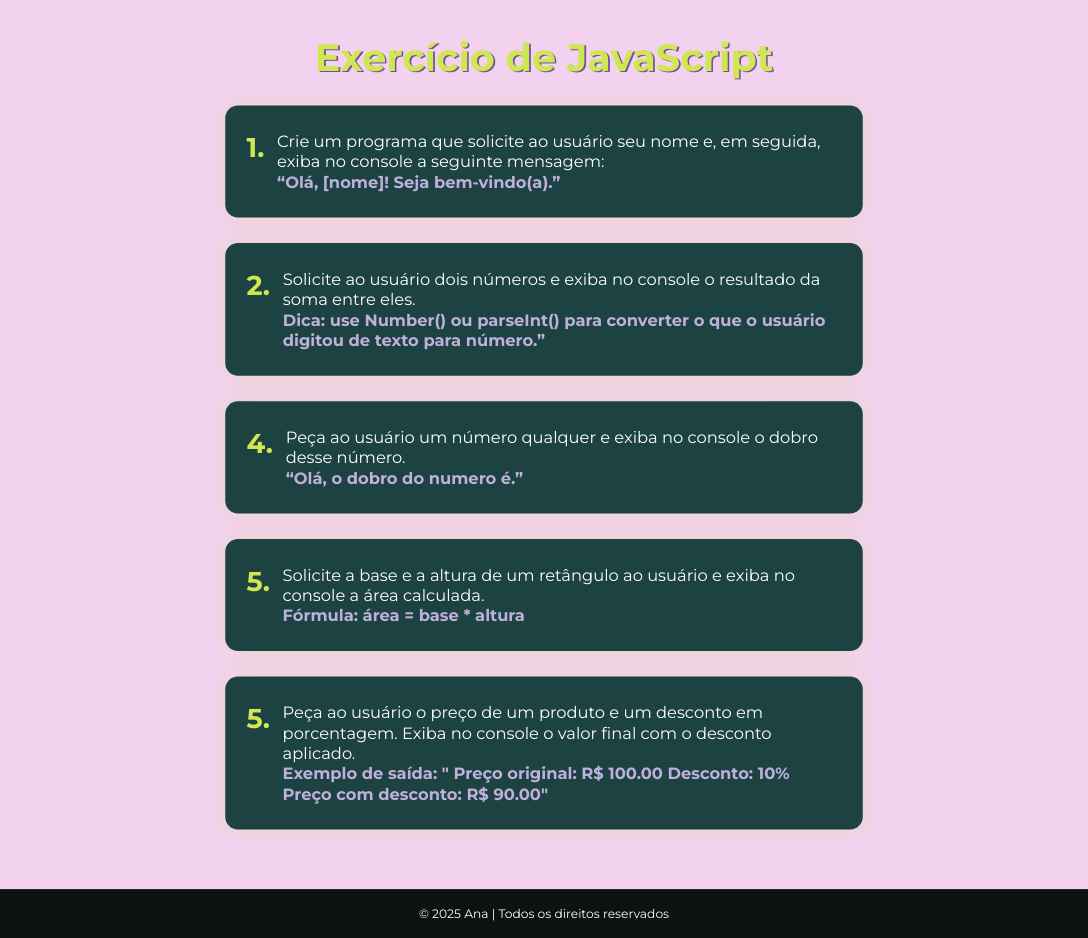
Repository: Anajaraa/atividadeJS
Page: index.html
An editor plug-in stored every save of this project. The page is shown before and after the next save, followed by the edit.
The browser window is 1280 px wide. The pictures show the whole page, at 85% of full size.
Some web fonts or font styles are not loaded; a fallback is used.

Above is the page before, as saved 2025-08-05 12:13:49.

After the next save:
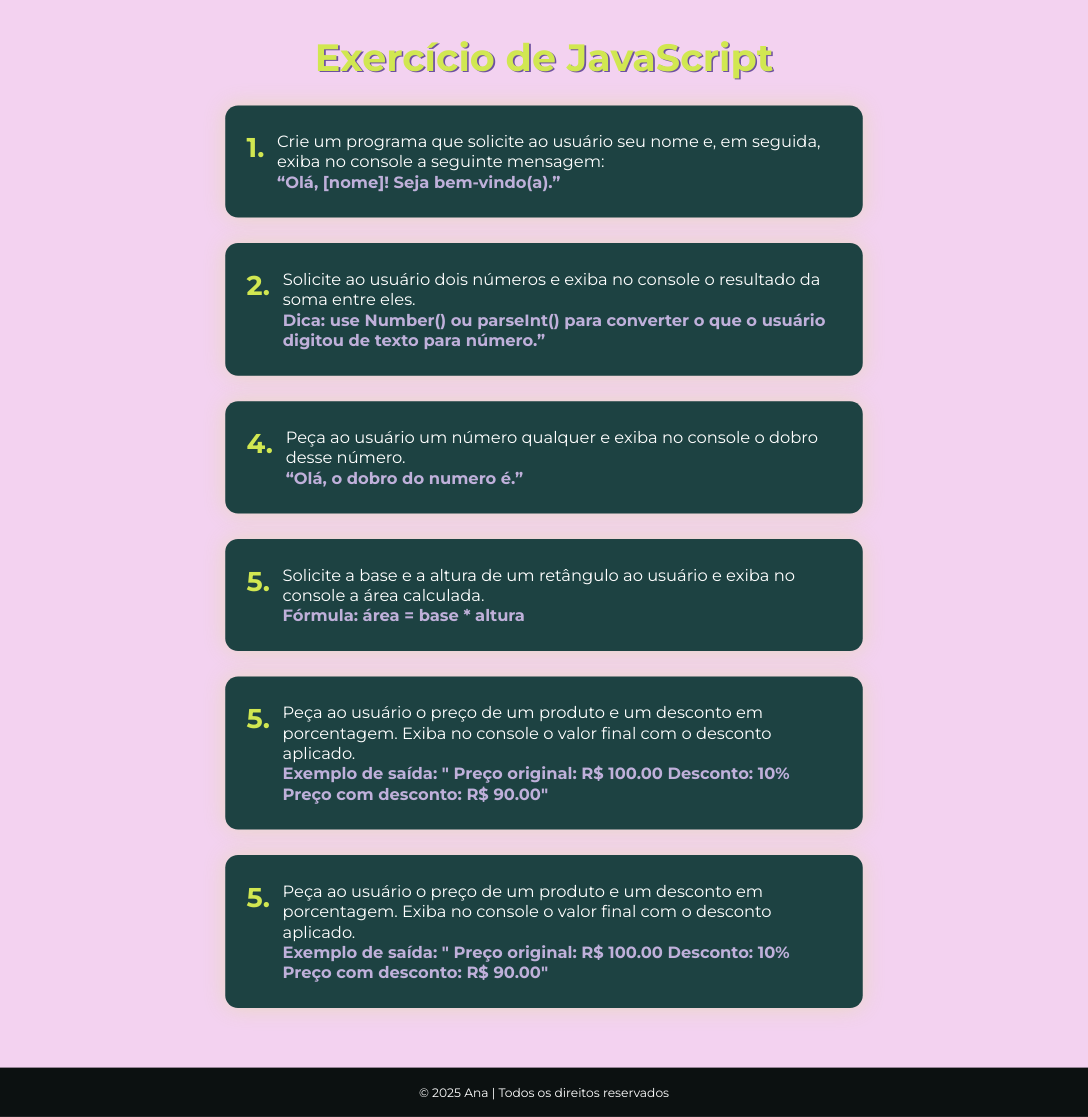
Saved 18 s later.
--- a/index.html
+++ b/index.html
@@ -55,6 +55,18 @@
       </p>
     </section>
 
+    <section class="card">
+      <p class="numero">5.</p>
+      <p class="descricao">
+        Peça ao usuário o preço de um produto e um desconto em porcentagem. Exiba no console o valor final com o desconto aplicado.
+  <br>
+        <strong>Exemplo de saída:
+" Preço original: R$ 100.00
+  Desconto: 10%
+  Preço com desconto: R$ 90.00"</strong>
+      </p>
+    </section>
+
   </main>
 
   <footer>
